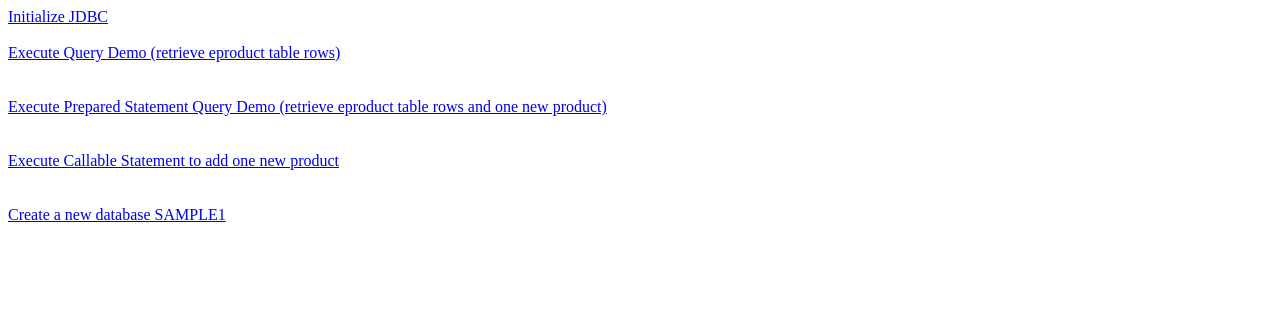
Repository: ashokwork1/slma
Page: JDBCDEMO/WebContent/index.html
The author's editor kept a copy of each file at every save. The page is drawn from the files as they stood at one save, then again after the next save.
The browser window is 1280 px wide. The pictures show the whole page.

Above is the page before, as saved 2023-05-26 11:58:05.

### JDBCDEMO/WebContent/index.html
<a href="init">Initialize JDBC</a><br>
<br>
<a href="statement-demo">Execute Query Demo (retrieve eproduct table rows)</a><br>
<br><br>
<a href="prepared-statement-demo">Execute Prepared Statement Query Demo (retrieve eproduct table rows and one new product)</a><br>

<br><br>
<a href="callable-statement-demo">Execute Callable Statement to add one new product</a><br>

<br><br>
<a href="create-drop-database-demo">Create a new database SAMPLE1</a><br>

After the next save:
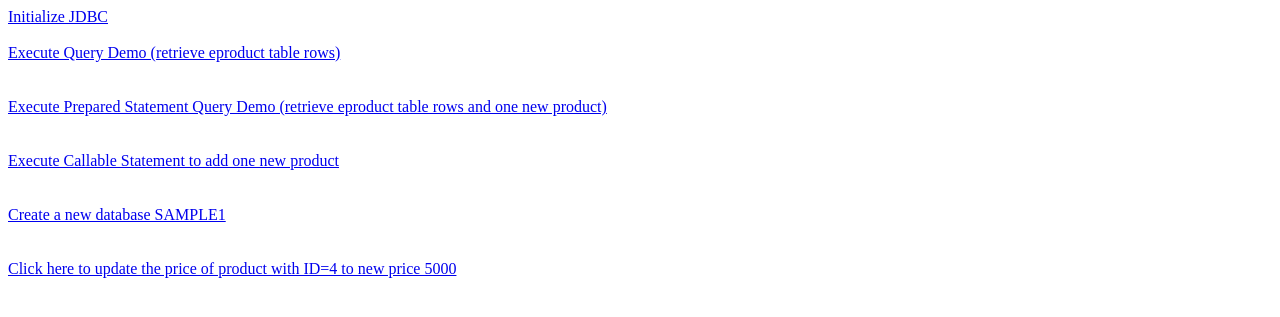
Saved 5 min 6 s later.
--- a/JDBCDEMO/WebContent/index.html
+++ b/JDBCDEMO/WebContent/index.html
@@ -9,3 +9,6 @@
 
 <br><br>
 <a href="create-drop-database-demo">Create a new database SAMPLE1</a><br>
+
+<br><br>
+<a href="update-delete-records-demo">Click here to update the price of product with ID=4 to new price 5000</a><br>
